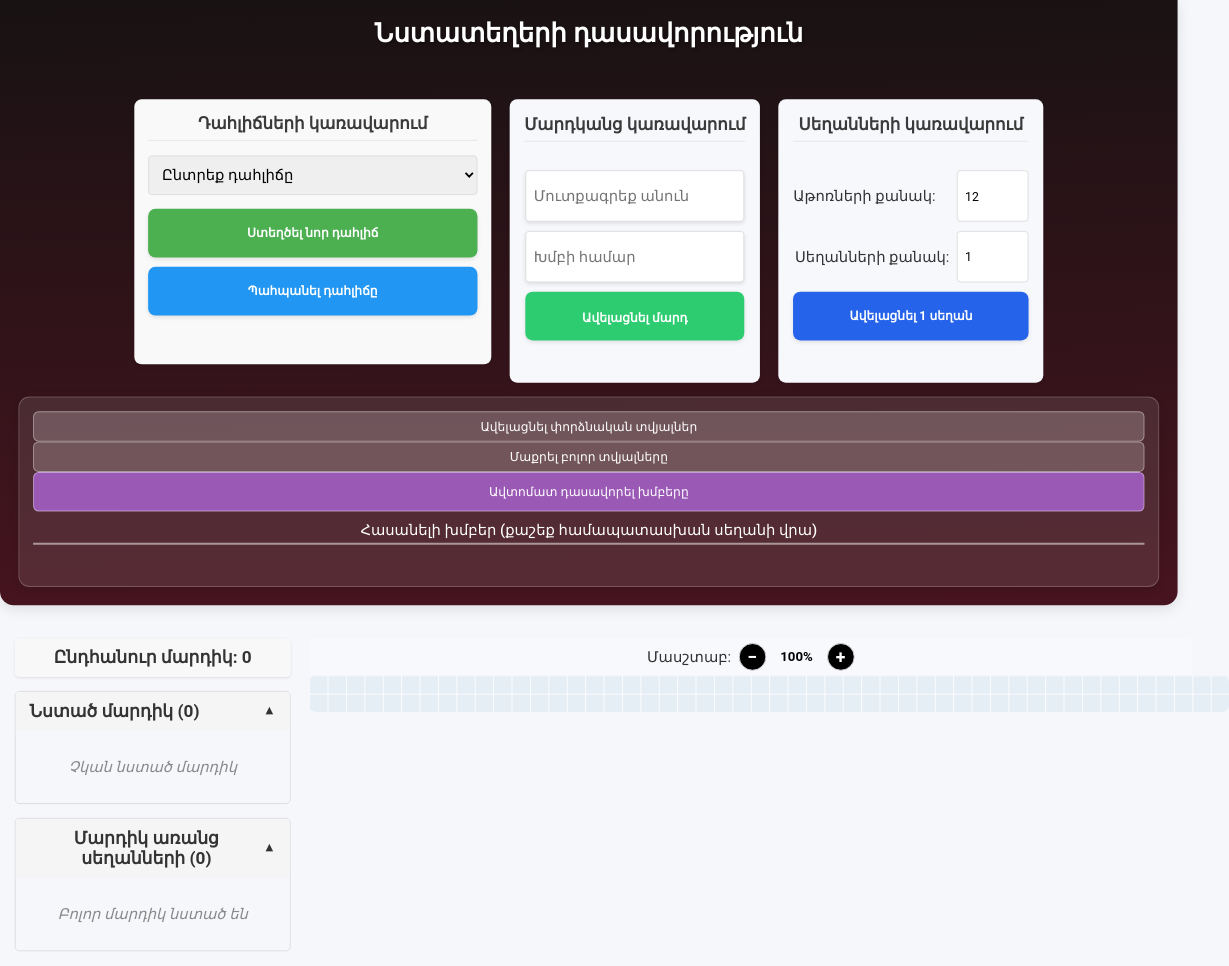
Repository: Vahan-23/Table-V2
Page: /
The author's editor kept a copy of each file at every save. The page is drawn from the files as they stood at one save, then again after the next save.
The browser window is 1280 px wide. The page is 1336 px wide, so the pictures cover 1336 px, including what lies to the right of the window. The pictures show the whole page, at 92% of full size.
The project was rebuilt for these pictures with package versions that can differ from the ones it lists, and the page was loaded fresh each time.

Above is the page before, as saved 2025-03-03 18:17:52.

After the next save:
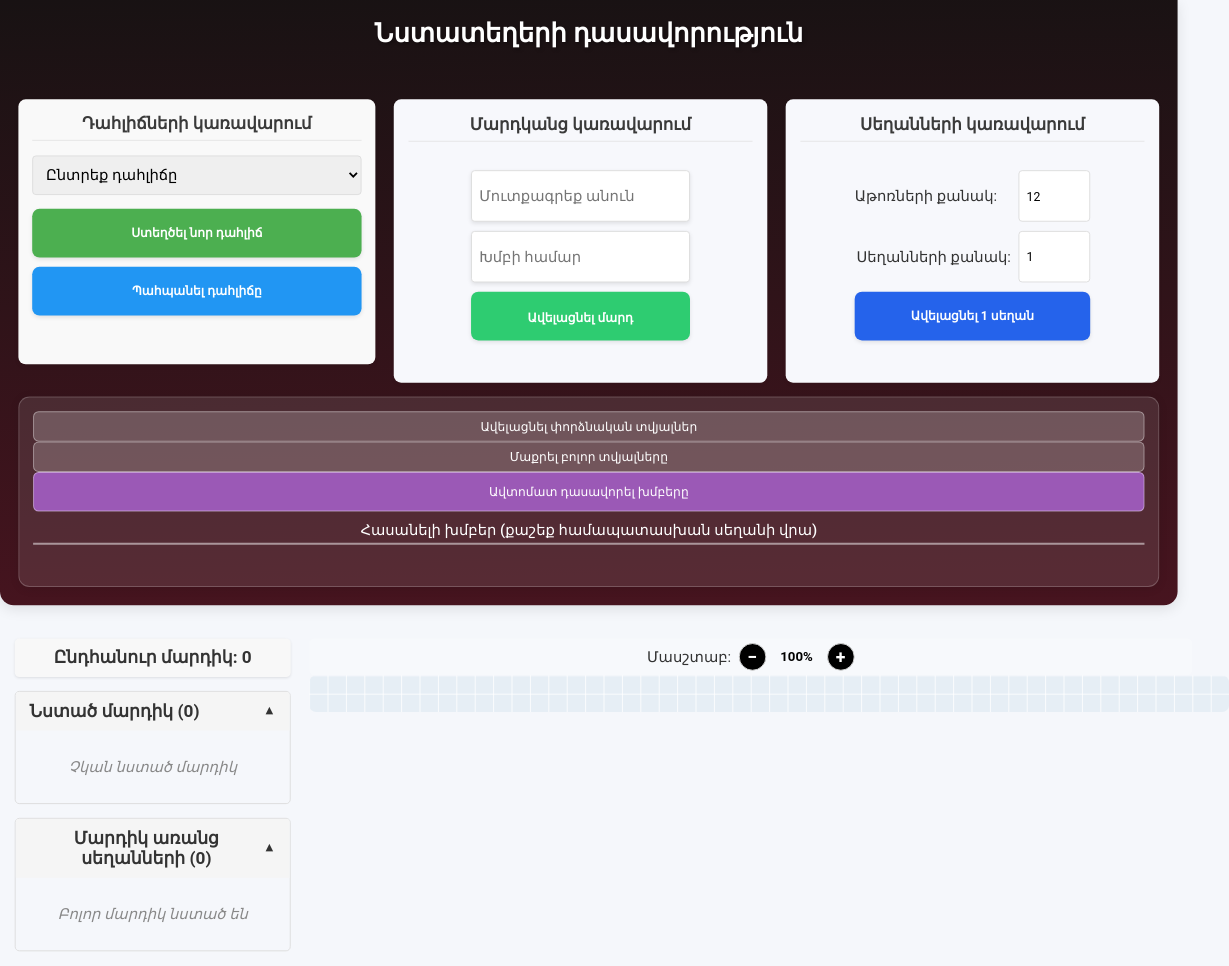
Saved 3 min 43 s later.
--- a/src/component/App.css
+++ b/src/component/App.css
@@ -1041,7 +1041,7 @@ button {
 }
 
 .header-section {
-  /* flex: 1 1; */
+  flex: 1 1;
   display: flex;
   height: auto;
   background-color: #f7f8fc;
